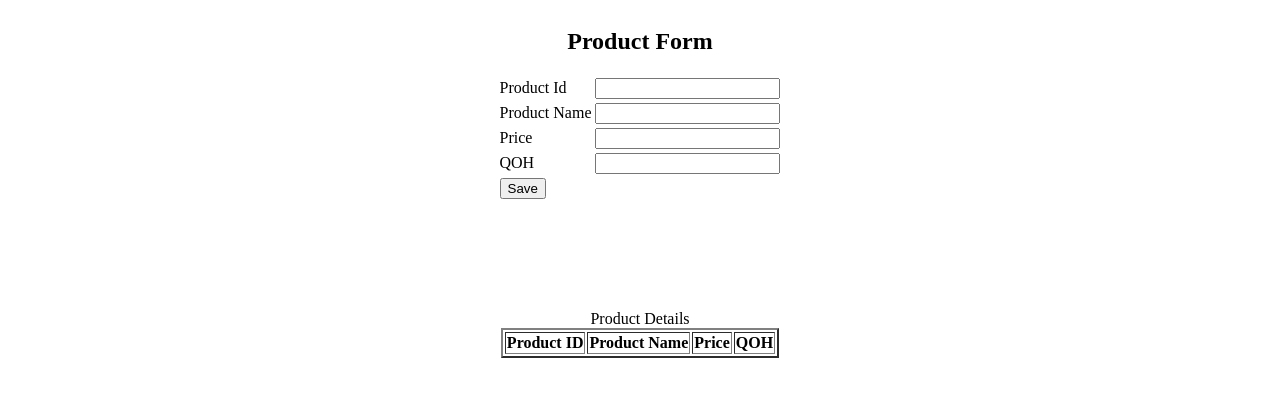
Repository: theplaygod97/Deloitte
Page: http://localhost/Demospringboot/WEB-INF/views/productForm.jsp
The author's editor kept a copy of each file at every save. The page is drawn from the files as they stood at one save, then again after the next save.
The browser window is 1280 px wide. The pictures show the whole page.
The page is served by Tomcat 9. Nobody is signed in. The template is opened directly, without the code that normally fills it, so the values that code supplies are empty.

Above is the page before, as saved 2020-01-15 06:04:19.

After the next save:
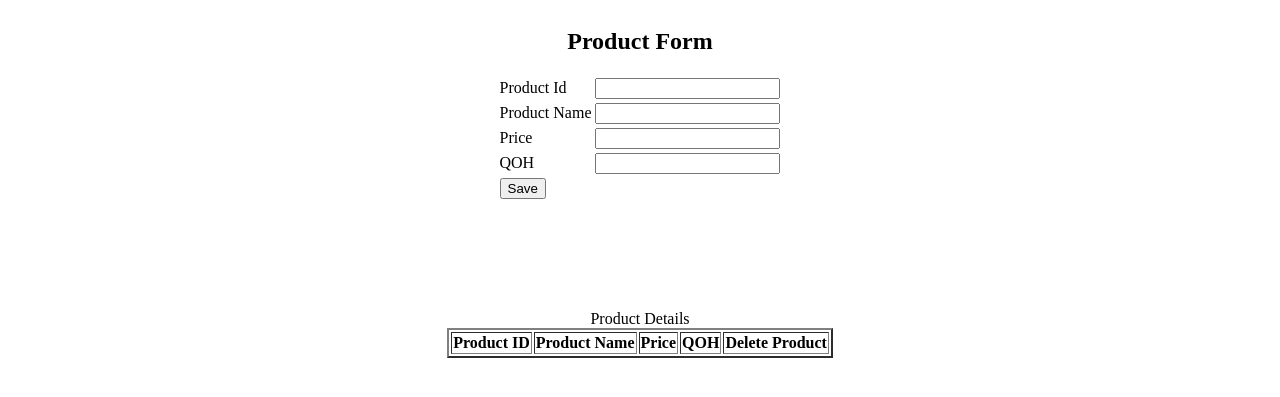
Saved 54 s later.
--- a/Day 18/Demospringboot/src/main/webapp/WEB-INF/views/productForm.jsp
+++ b/Day 18/Demospringboot/src/main/webapp/WEB-INF/views/productForm.jsp
@@ -41,7 +41,7 @@
 <center>Product Details</center>
 <div align="center">
 <table border = 2 >
-<th>Product ID</th><th>Product Name</th><th>Price</th><th>QOH</th>
+<th>Product ID</th><th>Product Name</th><th>Price</th><th>QOH</th><th>Delete Product</th>
 	<c:forEach items="${allProducts}" var="product">
 	<tr>
 	<td><c:out value="${product.productId }"></c:out></td>
